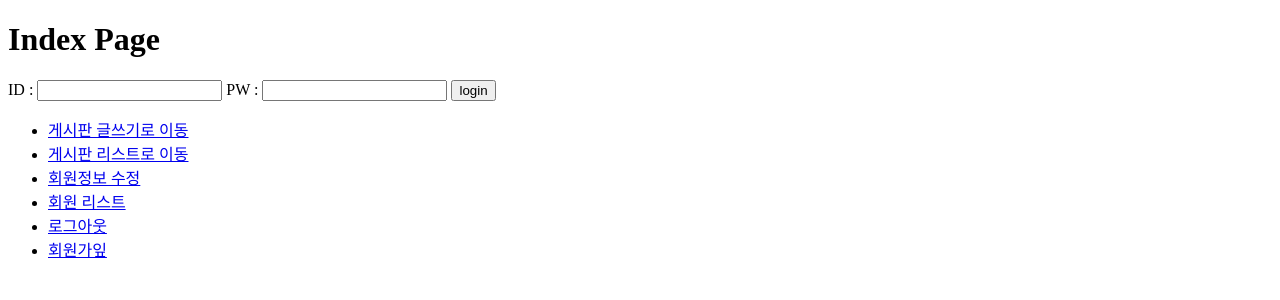
Repository: Leesunghoon1/brd_mem
Page: http://localhost/jps_BoardMember/
An editor plug-in stored every save of this project. The page is shown before and after the next save, followed by the edit.
The browser window is 1280 px wide. The pictures show the whole page.
The page is served by Tomcat 9.

Above is the page before, as saved 2023-09-08 07:53:41.

After the next save:
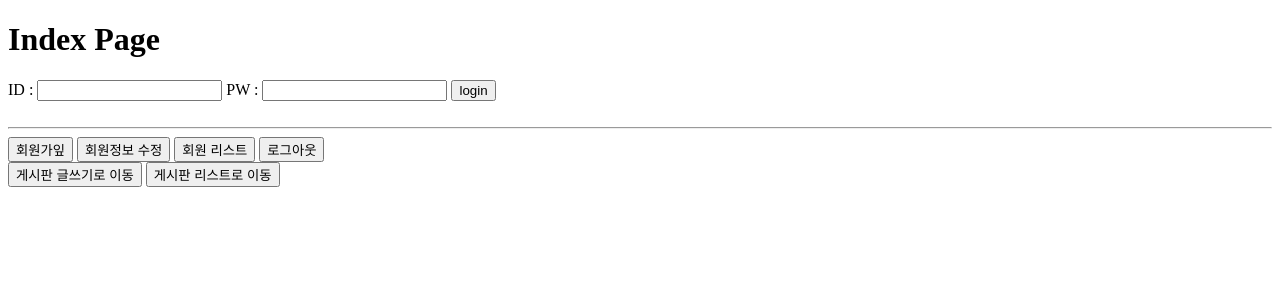
Saved 3 min 9 s later.
--- a/jps_BoardMember/src/main/webapp/index.jsp
+++ b/jps_BoardMember/src/main/webapp/index.jsp
@@ -14,27 +14,30 @@
 	PW : <input type="text" name="pwd">
 	<button type="submit">login</button>
 </form>
+<br>
+<hr>
 
-<ul>
-	<li>
-	<a href="/board/register.jsp">게시판 글쓰기로 이동</a>
-	</li>
-	<li>
-	<a href="/brd/list">게시판 리스트로 이동</a>
-	</li>
-	<li>
-		<a href="#">회원정보 수정</a>
-	</li>
-	<li>
-		<a href="#">회원 리스트</a>
-	</li>
-	<li>
-		<a href="#">로그아웃</a>
-	</li>
-	<li>
-		<a href="#">회원가잎</a>
-	</li>
-</ul>
+	<a href="#"><button>회원가잎</button></a>
+
+
+
+
+	<a href="#"><button>회원정보 수정</button></a>
+
+
+	<a href="#"><button>회원 리스트</button></a>
+
+
+	<a href="#"><button>로그아웃</button></a> <br>
+
+	<a href="/board/register.jsp"><button>게시판 글쓰기로 이동</button></a>
+
+
+	<a href="/brd/list"><button>게시판 리스트로 이동</button></a>
+
+
+
+
 </body>
 </table>
 </html>
